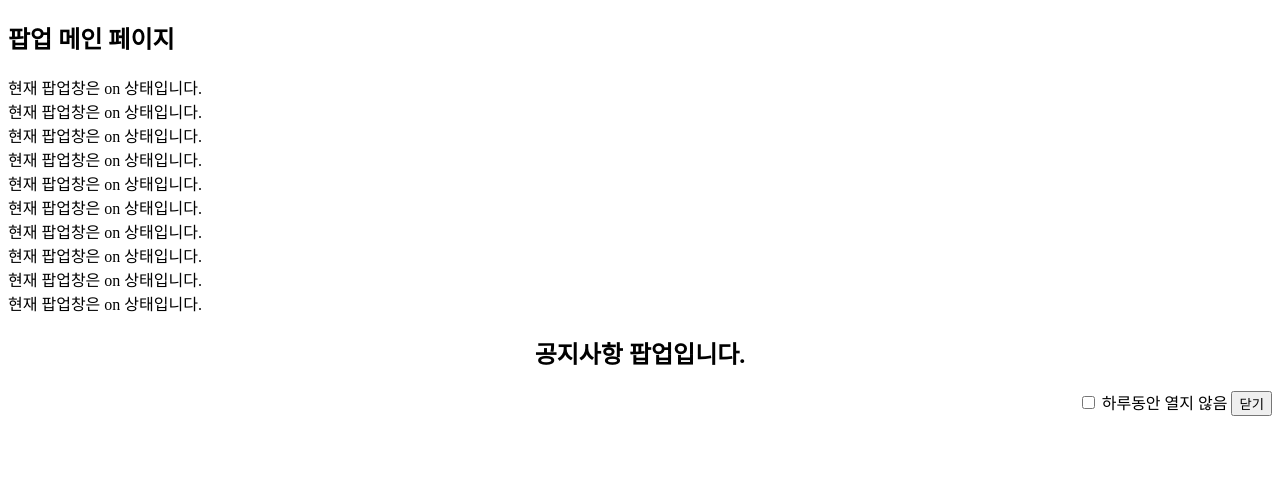
Repository: Motibidu/JSP_Servlet
Page: http://localhost/MushHaveJsp/04Cookie/PopupMain.jsp
These files come from the project's save history. The page is drawn as it stood at one moment and after the next save; the edit follows.
The browser window is 1280 px wide. The pictures show the whole page.
The page is served by Tomcat 10.

Above is the page before, as saved 2025-05-07 05:52:54.

After the next save:
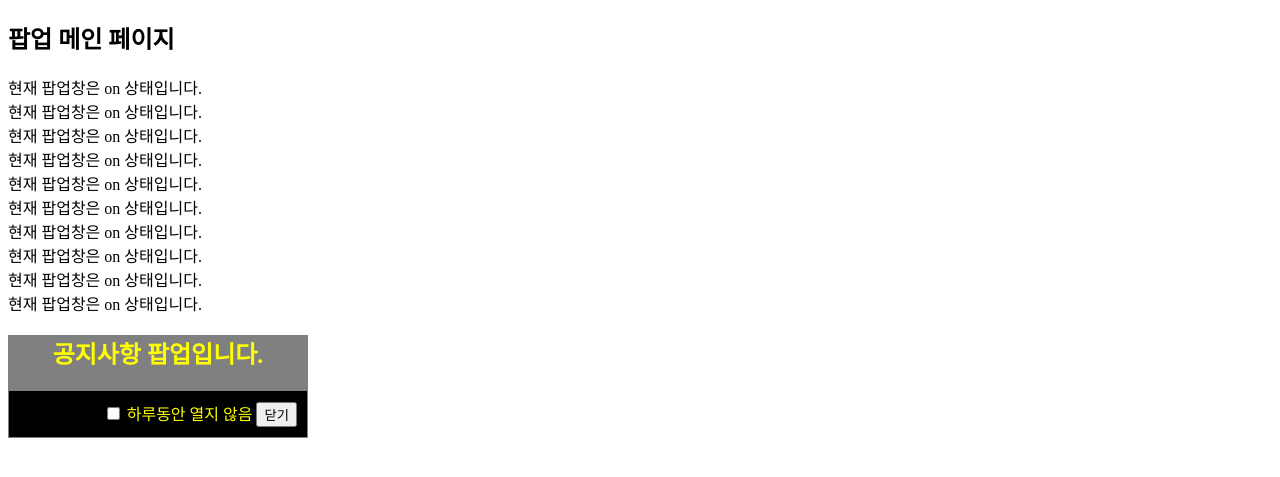
Console error: SyntaxError: missing ) after argument list
Saved 16 s later.
--- a/MushHaveJsp/src/main/webapp/04Cookie/PopupMain.jsp
+++ b/MushHaveJsp/src/main/webapp/04Cookie/PopupMain.jsp
@@ -7,8 +7,7 @@
 Cookie[] cookies = request.getCookies();
 if (cookies != null)
 {
-	for (Cookie c : cookies)
-	{
+	for (Cookie c : cookies) {
 		String cookieName = c.getName();
 		String cookieValue = c.getValue();
 		if (cookieName.equals("PopupClose"))
@@ -24,8 +23,6 @@
 <head>
 <meta charset="UTF-8">
 <title>Insert title here</title>
-
-<style>
 <script>
 	$(function() {
 		$('#closeBtn').click(function() {
@@ -43,9 +40,8 @@
 	})
 </script>
 <script
-	src="https://ajax.googleapis.com/ajax/libs/jquery/3.7.1/jquery.min.js">
-</script>
-
+	src="https://ajax.googleapis.com/ajax/libs/jquery/3.7.1/jquery.min.js"></script>
+<style>
 div#popup {
 	position: absolute, top: 100px;
 	left: 100px;

After the save that followed:
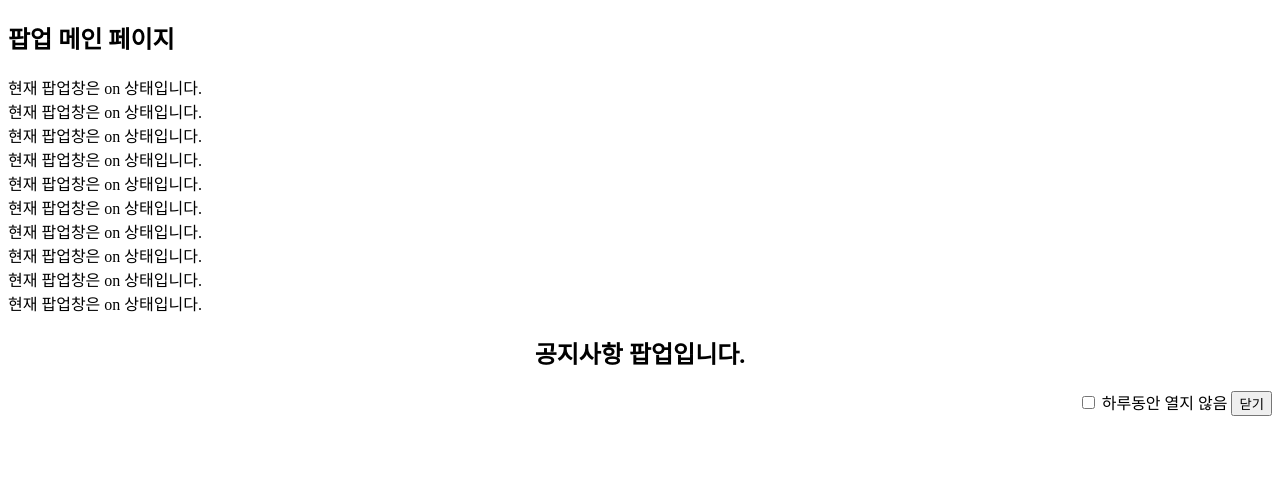
The error is gone.
Saved 36 s later.
--- a/MushHaveJsp/src/main/webapp/04Cookie/PopupMain.jsp
+++ b/MushHaveJsp/src/main/webapp/04Cookie/PopupMain.jsp
@@ -23,6 +23,9 @@
 <head>
 <meta charset="UTF-8">
 <title>Insert title here</title>
+<script
+	src="https://ajax.googleapis.com/ajax/libs/jquery/3.7.1/jquery.min.js"></script>
+<style>
 <script>
 	$(function() {
 		$('#closeBtn').click(function() {
@@ -39,9 +42,7 @@
 		})
 	})
 </script>
-<script
-	src="https://ajax.googleapis.com/ajax/libs/jquery/3.7.1/jquery.min.js"></script>
-<style>
+
 div#popup {
 	position: absolute, top: 100px;
 	left: 100px;
